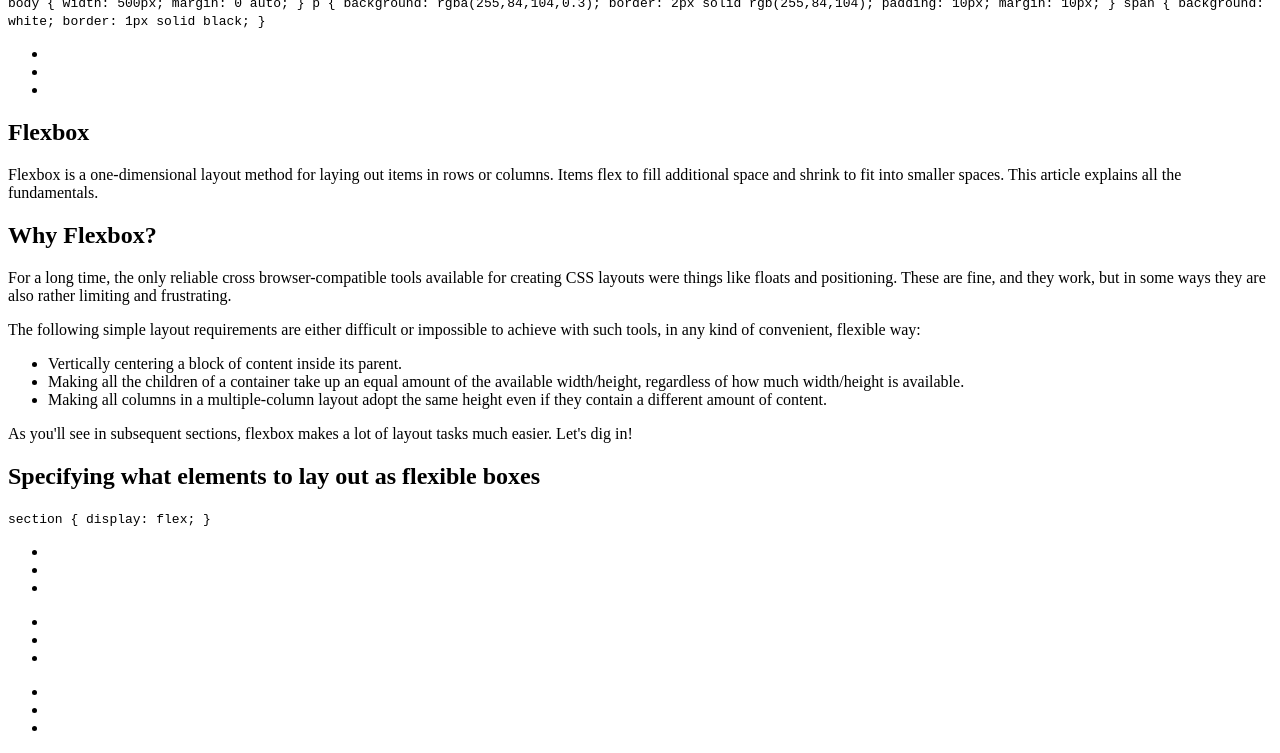
Repository: Colo-Codes/freecodecamp-04-Technical-Documentation-Page
Page: index.html
The author's editor kept a copy of each file at every save. The page is drawn from the files as they stood at one save, then again after the next save.
The browser window is 1280 px wide. The pictures show the part of the page from y = 1263 to 2016 px (the page is 2016 px tall before and 1946 px after).
A picture or video elsewhere on the page could not be fetched, so the positions and the page height are approximate.

Above is the page before, as saved 2021-05-21 10:18:23.

### index.html
<!DOCTYPE html>
<html lang="en">
<head>
    <meta charset="UTF-8">
    <meta http-equiv="X-UA-Compatible" content="IE=edge">
    <meta name="viewport" content="width=device-width, initial-scale=1.0">
    <title>Technical Documentation Page</title>
</head>
<body>
    <header>
        <nav id="navbar"> <!-- On the left of screen, fixed (visible) -->
            <header>CSS Technical Documentation</header>
            <ul>
                <li><a href="#section" class="nav-link">Link text equals to section name</a></li>
                <li><a href="#section" class="nav-link">Link text equals to section name</a></li>
                <li><a href="#section" class="nav-link">Link text equals to section name</a></li>
                <li><a href="#section" class="nav-link">Link text equals to section name</a></li>
                <li><a href="#section" class="nav-link">Link text equals to section name</a></li>
            </ul>
        </nav>
    </header>
    <main id="main-doc">
        <!-- technical documentation -->
        <section class="main-section" id="topic_related TODO">
            <header>
                <h1>Normal Flow</h1>
            </header>
            <p>This article explains normal flow, or the way that webpage elements lay themselves out if you have not changed their
                layout.</p>
            <p>As detailed in the last lesson introducing layout, elements on a webpage lay out in the normal flow, if you have not
                applied any CSS to change the way they behave. And, as we began to discover, you can change how elements behave
                either by adjusting their position in that normal flow, or removing them from it altogether. Starting with a solid,
                well-structured document that is readable in normal flow is the best way to begin any webpage. It ensures that your
                content is readable, even if the user is using a very limited browser or a device such as a screen reader that reads
                out the content of the page. In addition, as normal flow is designed to make a readable document, by starting in
                this way you are working with the document rather than fighting against it as you make changes to the layout.</p>
            <p>Before digging deeper into different layout methods, it is worth revisiting some of the things you will have studied
                in previous modules with regard to normal document flow.</p>
            <h2>How are elements laid out by default?</h2>
            <p>First of all, individual element boxes are laid out by taking the elements' content, then adding any padding, border
                and margin around them — it's that box model thing again, which we've looked at earlier.
            </p>
            <p>By default, a block level element's content fills the available inline space of the parent element containing it,
                and grows in the block dimension to accommodate its content. Inline elements are the size of their content. You
                can't set width or height on inline elements — they just sit inside the content of block level elements. If you want
                to control the size of an inline element in this manner, you need to set it to behave like a block level element
                with display: block; (or even,display: inline-block; which mixes characteristics from both.)
            </p>
            <p>That explains individual elements, but what about how elements interact with one another? The normal layout flow
                (mentioned in the layout introduction article) is the system by which elements are placed inside the browser's
                viewport. By default, block-level elements are laid out in the block flow direction, based on the parent's writing
                mode (initial: horizontal-tb) — each one will appear on a new line below the last one, and they will be separated by
                any margin that is set on them. In English therefore, or any other horizontal, top to bottom writing mode,
                block-level elements are laid out vertically.
            </p>
            <p>Inline elements behave differently — they don't appear on new lines; instead, they all sit on the same line along
                with any adjacent (or wrapped) text content, as long as there is space for them to do so inside the width of the
                parent block level element. If there isn't space, then the overflowing text or elements will move down to a new
                line.
            </p>
            <p>If two adjacent elements both have the margin set on them and the two margins touch, the larger of the two remains,
                and the smaller one disappears — this is called margin collapsing, and we have met this before too.</p>
            <p>Let's look at a simple example that explains all of this:</p>
            <code><h1>Basic document flow</h1>

                <p>I am a basic block level element. My adjacent block level elements sit on new lines below me.</p>

                <p>By default we span 100% of the width of our parent element, and we are as tall as our child content. Our total width and height is our content + padding + border width/height.</p>

                <p>We are separated by our margins. Because of margin collapsing, we are separated by the width of one of our margins, not both.</p>

                <p>inline elements <span>like this one</span> and <span>this one</span> sit on the same line along with adjacent text nodes, if there is space on the same line. Overflowing inline elements will <span>wrap onto a new line if possible (like this one containing text)</span>, or just go on to a new line if not, much like this image will do: <img src="https://mdn.mozillademos.org/files/13360/long.jpg"></p></code>
            <code>body {
                width: 500px;
                margin: 0 auto;
              }

              p {
                background: rgba(255,84,104,0.3);
                border: 2px solid rgb(255,84,104);
                padding: 10px;
                margin: 10px;
              }

              span {
                background: white;
                border: 1px solid black;
              }</code>
                <ul>
                <li></li>
                <li></li>
                <li></li>
            </ul>

        </section>

        <section class="main-section" id="topic_related TODO">
            <header>
                <h1>Flexbox</h1>
            </header>
            <p>Flexbox is a one-dimensional layout method for laying out items in rows or columns. Items flex to fill additional space and shrink to fit into smaller spaces. This article explains all the fundamentals.</p>
            <h2>Why Flexbox?</h2>
            <p>For a long time, the only reliable cross browser-compatible tools available for creating CSS layouts were things like floats and positioning. These are fine, and they work, but in some ways they are also rather limiting and frustrating.</p>
            <p>The following simple layout requirements are either difficult or impossible to achieve with such tools, in any kind of convenient, flexible way:</p>
            <ul>
                <li>Vertically centering a block of content inside its parent.</li>
                <li>Making all the children of a container take up an equal amount of the available width/height, regardless of how much width/height is available.</li>
                    <li>Making all columns in a multiple-column layout adopt the same height even if they contain a different amount of content.</li>
            </ul>
            <p>As you'll see in subsequent sections, flexbox makes a lot of layout tasks much easier. Let's dig in!</p>
            <h2>Specifying what elements to lay out as flexible boxes</h2>
            <code>section {
                display: flex;
              }</code>


        </section>

        <section class="main-section" id="topic_related TODO">
            <header>
                <!-- topic description -->
            </header>
            <p></p>
            <p></p>
            <code></code>
            <ul>
                <li></li>
                <li></li>
                <li></li>
            </ul>

        </section>

        <section class="main-section" id="topic_related TODO">
            <header>
                <!-- topic description -->
            </header>
            <p></p>
            <p></p>
            <code></code>
            <ul>
                <li></li>
                <li></li>
                <li></li>
            </ul>

        </section>

        <section class="main-section" id="topic_related TODO">
            <header>
                <!-- topic description -->
            </header>
            <p></p>
            <p></p>
            <code></code>
            <ul>
                <li></li>
                <li></li>
                <li></li>
            </ul>

        </section>
    </main>

</body>
</html>

After the next save:
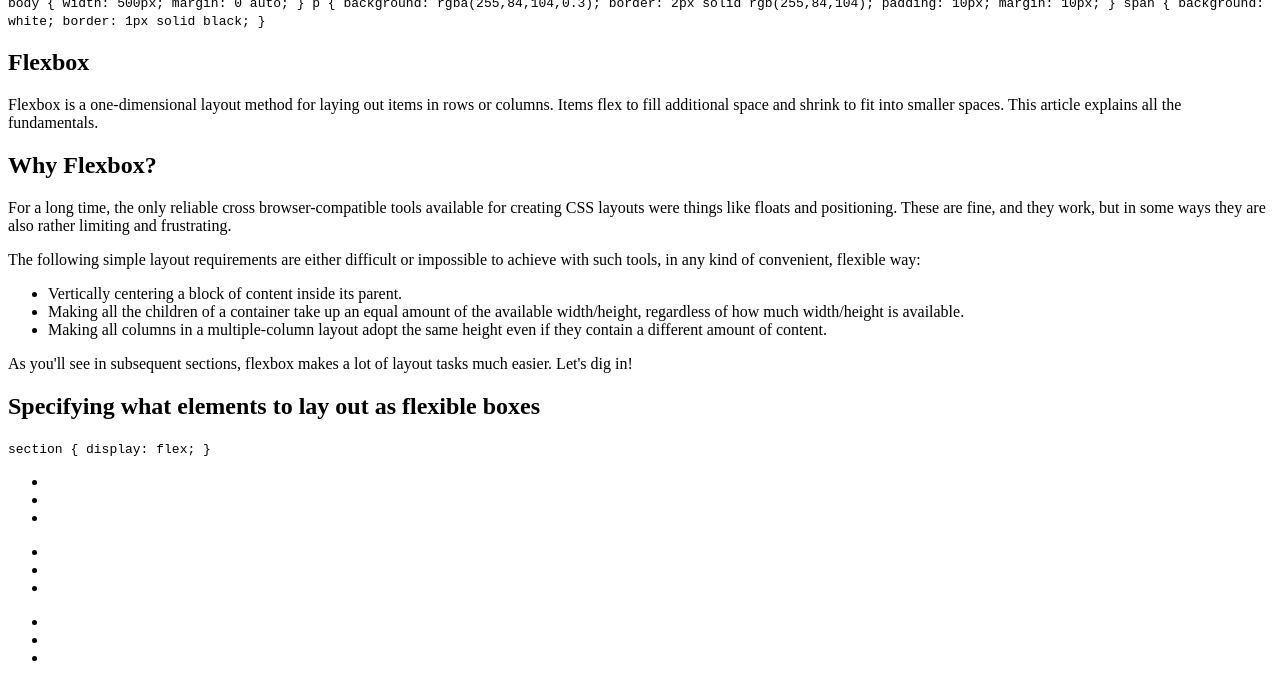
Saved 21 s later.
--- a/index.html
+++ b/index.html
@@ -86,11 +86,7 @@
                 background: white;
                 border: 1px solid black;
               }</code>
-                <ul>
-                <li></li>
-                <li></li>
-                <li></li>
-            </ul>
+
 
         </section>
 
